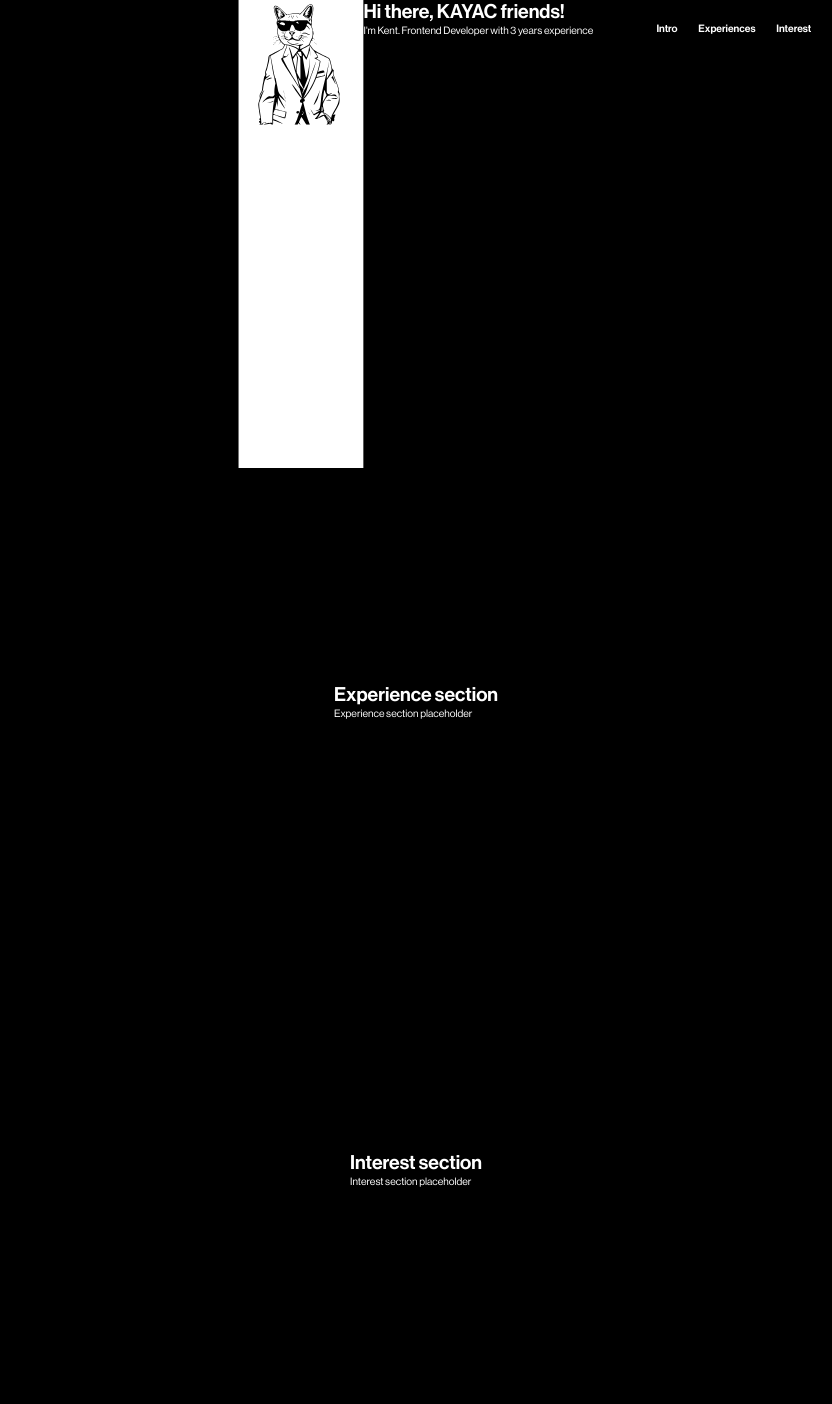
Repository: kentnathaniel/kayac-presentation
Page: /
These files come from the project's save history. The page is drawn as it stood at one moment and after the next save; the edit follows.
The browser window is 1280 px wide. The pictures show the whole page, at 65% of full size.
The project was rebuilt for these pictures with package versions that can differ from the ones it lists, and the page was loaded fresh each time. Also part of the build but not shown: vite.config.ts.

Above is the page before, as saved 2024-09-14 09:20:30.

After the next save:
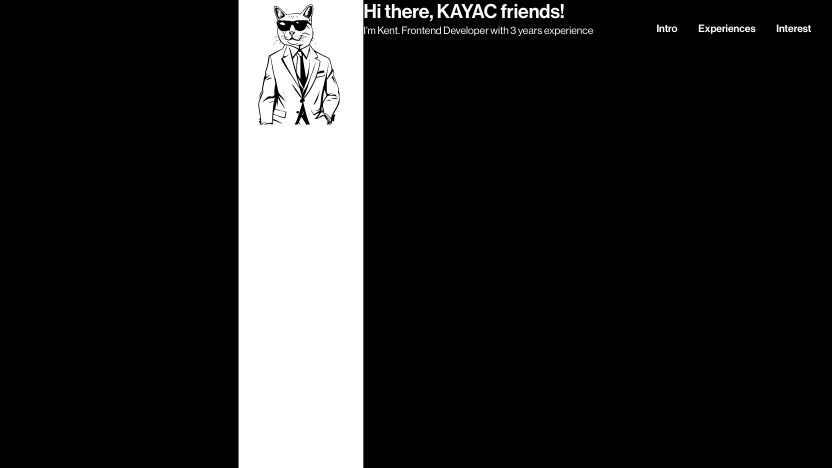
Saved 6 s later.
--- a/src/App.tsx
+++ b/src/App.tsx
@@ -9,7 +9,7 @@ function App() {
         <a className="cursor-pointer">Interest</a>
       </nav>
 
-      <div className="flex justify-center  h-screen">
+      <div className="flex justify-center mx-auto h-screen">
         <div className="flex flex">
           <div className="bg-white w-fit">
             <SmartCat className="text-white w-48 h-48" />
@@ -23,7 +23,7 @@ function App() {
         </div>
       </div>
 
-      <div className="flex flex-col justify-center mx-auto h-screen">
+      {/* <div className="flex flex-col justify-center mx-auto h-screen">
         <h1 className="text-3xl text-left">Experience section</h1>
         <p className="font-thin">Experience section placeholder</p>
       </div>
@@ -31,7 +31,7 @@ function App() {
       <div className="flex flex-col justify-center mx-auto h-screen">
         <h1 className="text-3xl text-left">Interest section</h1>
         <p className="font-thin">Interest section placeholder</p>
-      </div>
+      </div> */}
     </div>
   );
 }
